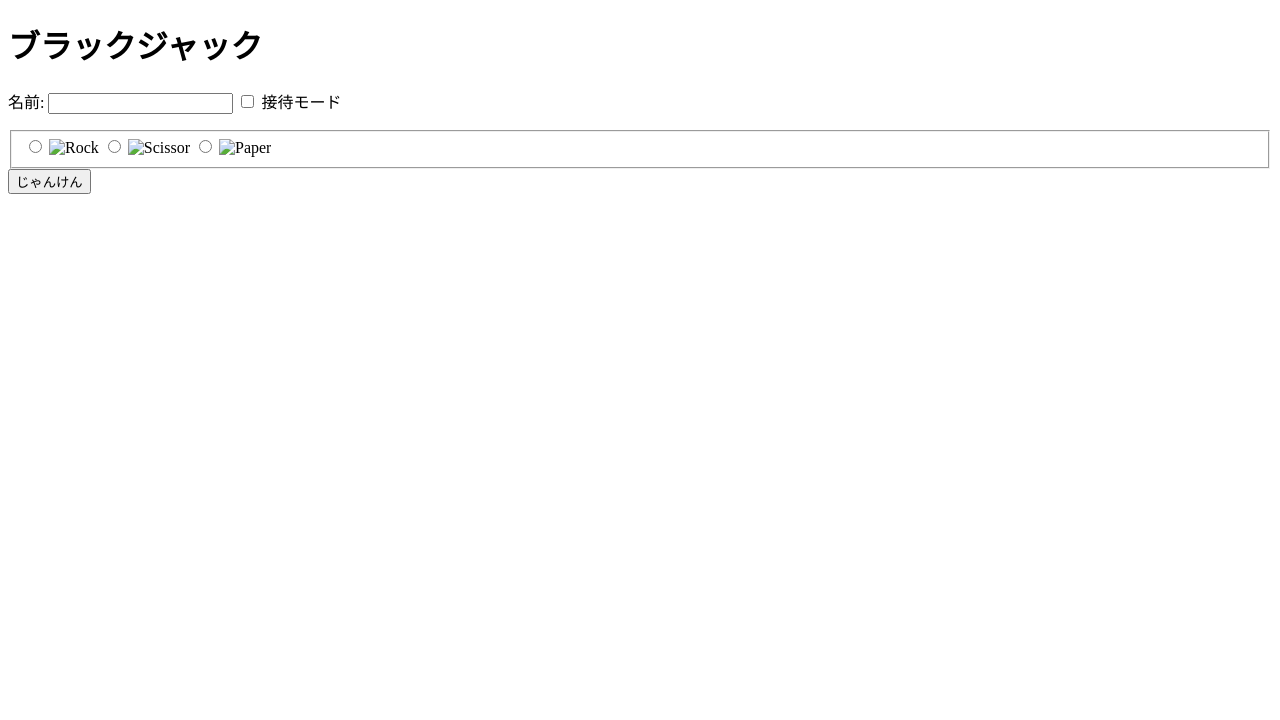
Repository: 2023AIT-OOP2-G10/G10-free
Page: http://localhost/
The author's editor kept a copy of each file at every save. The page is drawn from the files as they stood at one save, then again after the next save.
The browser window is 1280 px wide. The pictures show the whole page.
The page is served by the project's application, run on Flask 3 (tempCodeRunnerFile.py).

Above is the page before, as saved 2024-01-11 15:59:44.
Not found: static/janken_choki.png
Not found: static/janken_gu.png
Not found: static/janken_pa.png

### templates/start.html
<!DOCTYPE html>
<html lang="ja">
<head>
  <meta charset="UTF-8">
  <meta name="viewport" content="width=device-width, initial-scale=1.0">
  <title>ブラックジャック</title>
  <link rel="stylesheet" href="{{ url_for('static', filename='main.css') }}">
</head>
<body>
  <main>
    <h1>ブラックジャック</h1>
    <form action="/janken/play" method="POST">
      <p class="name_input">
        <label for="your_name">名前: </label>
        <input type="text" id="your_name" name="name">
        <input type="checkbox" id="is_settai" name="is_settai">
        <label for="is_settai">接待モード</label>
      </p>
      <fieldset id="janken_hand">
        <input type="radio" id="hand_rock" value="rock" name="hand">
        <label for="hand_rock"><img src="{{ url_for('static', filename='janken_gu.png') }}" alt="Rock" width="150"></label>
        <input type="radio" id="hand_scissor" value="scissor" name="hand">
        <label for="hand_scissor"><img src="{{ url_for('static', filename='janken_choki.png') }}" alt="Scissor" width="150"></label>
        <input type="radio" id="hand_paper" value="paper" name="hand">
        <label for="hand_paper"><img src="{{ url_for('static', filename='janken_pa.png') }}" alt="Paper" width="150"></label>
      </fieldset>
      <button type="submit">じゃんけん</button>
    </form>
  </main>
</body>
</html>

### tempCodeRunnerFile.py
from flask import Flask, render_template, session
import random

app = Flask(__name__)
app.secret_key = 'your_secret_key'
trump_numbers = list(range(52))

clovers_images = ["Clover_13.png", "Clover_1.png", "Clover_2.png", "Clover_3.png",
                  "Clover_4.png", "Clover_5.png", "Clover_6.png", "Clover_7.png",
                  "Clover_8.png", "Clover_9.png", "Clover_10.png", "Clover_11.png",
                  "Clover_12.png"]
diamonds_images = ["Diamond_13.png", "Diamond_1.png", "Diamond_2.png", "Diamond_3.png",
                   "Diamond_4.png", "Diamond_5.png", "Diamond_6.png", "Diamond_7.png",
                   "Diamond_8.png", "Diamond_9.png", "Diamond_10.png", "Diamond_11.png",
                   "Diamond_12.png"]
hearts_images = ["heart_13.png", "heart_1.png", "heart_2.png", "heart_3.png",
                 "heart_4.png", "heart_5.png", "heart_6.png", "heart_7.png",
                 "heart_8.png", "heart_9.png", "heart_10.png", "heart_11.png",
                 "heart_12.png"]
spades_images = ["spade_13.png", "spade_1.png", "spade_2.png", "spade_3.png",
                 "spade_4.png", "spade_5.png", "spade_6.png", "spade_7.png",
                 "spade_8.png", "spade_9.png", "spade_10.png", "spade_11.png",
                 "spade_12.png"]


def trumps():
    selected_numbers = session.get('selected_numbers', [])
    selected_images = session.get('selected_images', [])

    while True:
        selected = random.choice(trump_numbers)

        if selected not in selected_numbers:
            selected_numbers.append(selected)
            suit = selected // 13
            number = selected % 13

            if suit == 0:
                selected_images.append(clovers_images[number])
            elif suit == 1:
                selected_images.append(diamonds_images[number])
            elif suit == 2:
                selected_images.append(hearts_images[number])
            elif suit == 3:
                selected_images.append(spades_images[number])

            break

    session['selected_numbers'] = selected_numbers
    session['selected_images'] = selected_images

    return selected_numbers, selected_images


@app.route('/')
def start():
    # selected_numbersおよびselected_imagesの初期化
    session.pop('selected_numbers', None)
    session.pop('selected_images', None)
    return render_template('start.html')


@app.route('/blackjack', methods=['GET', 'POST'])
def blackjack():
    trumps_data = trumps()
    return render_template('blackjack_test.html',
                           selected_numbers=trumps_data[0],
                           selected_images=trumps_data[1])


@app.route('/result')
def result():
    return render_template('result.html')


if __name__ == '__main__':
    app.run(debug=True)

After the next save:
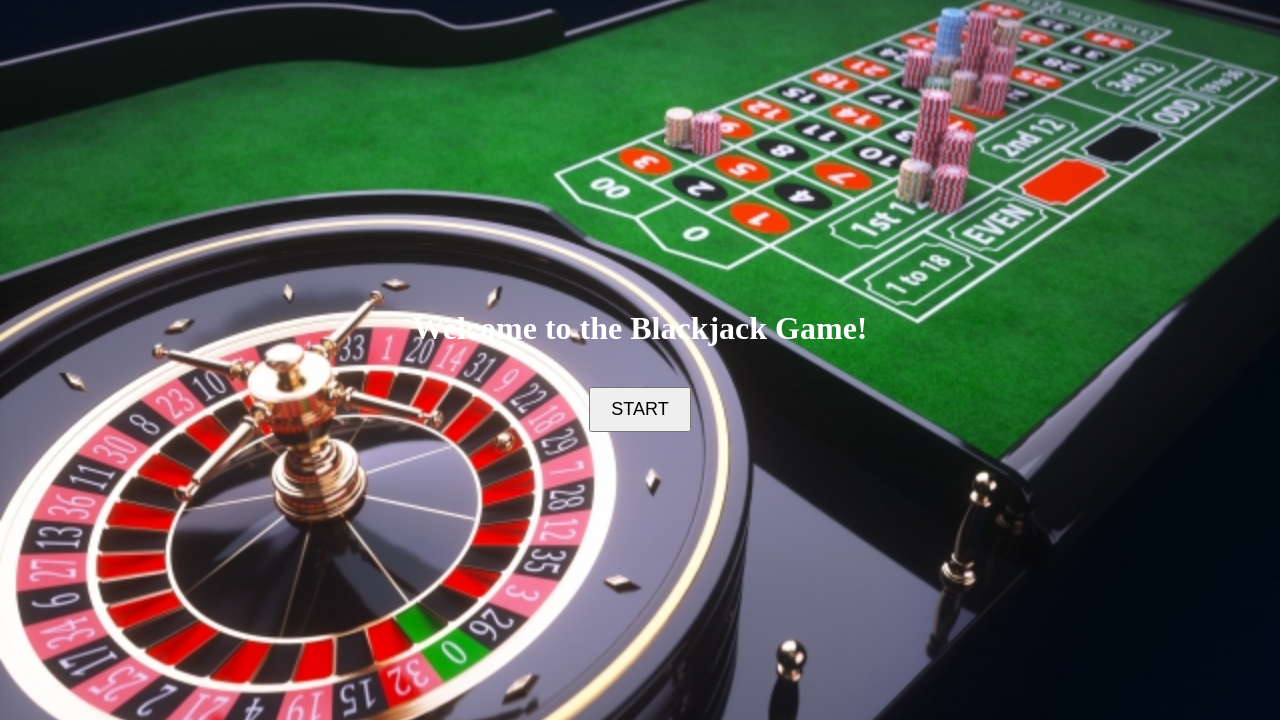
Saved 47 s later.
--- a/templates/start.html
+++ b/templates/start.html
@@ -1,31 +1,44 @@
 <!DOCTYPE html>
-<html lang="ja">
+<html lang="en">
 <head>
-  <meta charset="UTF-8">
-  <meta name="viewport" content="width=device-width, initial-scale=1.0">
-  <title>ブラックジャック</title>
-  <link rel="stylesheet" href="{{ url_for('static', filename='main.css') }}">
+    <meta charset="UTF-8">
+    <meta http-equiv="X-UA-Compatible" content="IE=edge">
+    <meta name="viewport" content="width=device-width, initial-scale=1.0">
+    <title>Blackjack Game</title>
+    <style>
+        body {
+            background-image: url('/static/start.jpg'); /* 画像のパスは適切に設定してください */
+            background-size: cover;
+            background-position: center;
+            height: 100vh;
+            margin: 0;
+            display: flex;
+            flex-direction: column;
+            align-items: center;
+            justify-content: center;
+            color: white;
+            text-align: center;
+        }
+
+        h1, p {
+            margin-bottom: 20px;
+        }
+
+        form {
+            margin-top: 20px;
+        }
+
+        button {
+            padding: 10px 20px;
+            font-size: 18px;
+            cursor: pointer;
+        }
+    </style>
 </head>
 <body>
-  <main>
-    <h1>ブラックジャック</h1>
-    <form action="/janken/play" method="POST">
-      <p class="name_input">
-        <label for="your_name">名前: </label>
-        <input type="text" id="your_name" name="name">
-        <input type="checkbox" id="is_settai" name="is_settai">
-        <label for="is_settai">接待モード</label>
-      </p>
-      <fieldset id="janken_hand">
-        <input type="radio" id="hand_rock" value="rock" name="hand">
-        <label for="hand_rock"><img src="{{ url_for('static', filename='janken_gu.png') }}" alt="Rock" width="150"></label>
-        <input type="radio" id="hand_scissor" value="scissor" name="hand">
-        <label for="hand_scissor"><img src="{{ url_for('static', filename='janken_choki.png') }}" alt="Scissor" width="150"></label>
-        <input type="radio" id="hand_paper" value="paper" name="hand">
-        <label for="hand_paper"><img src="{{ url_for('static', filename='janken_pa.png') }}" alt="Paper" width="150"></label>
-      </fieldset>
-      <button type="submit">じゃんけん</button>
+    <h1>Welcome to the Blackjack Game!</h1>
+    <form action="/play_blackjack" method="get">
+        <button type="submit">START</button>
     </form>
-  </main>
 </body>
 </html>
